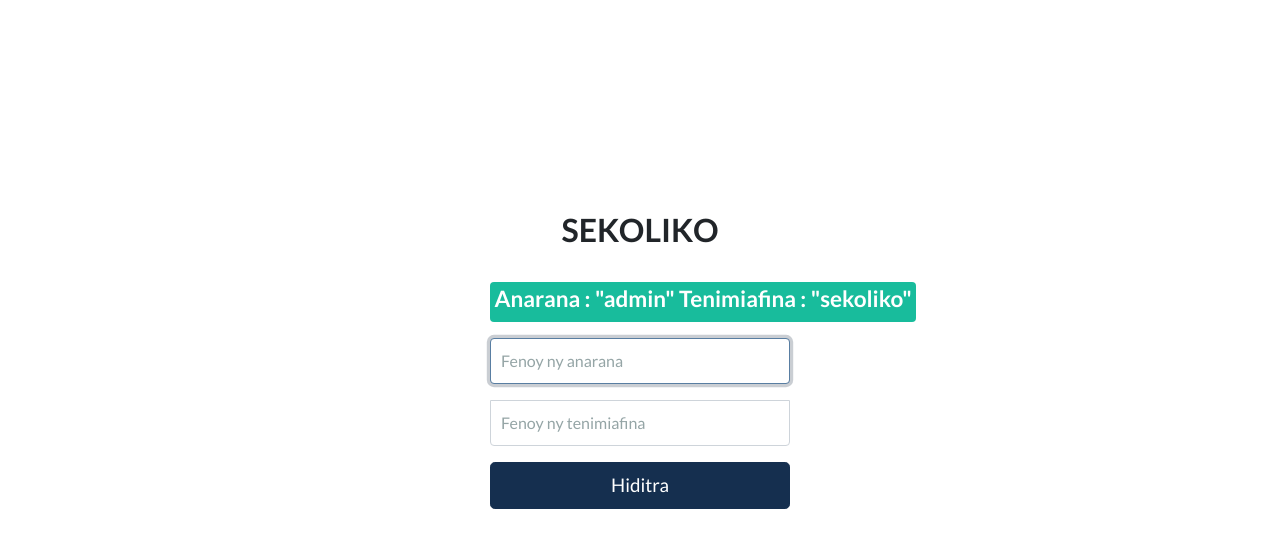
Repository: niainamahefa/j2ee-sekoliko
Page: http://localhost/Ecole/login
These files come from the project's save history. The page is drawn as it stood at one moment and after the next save; the edit follows.
The browser window is 1280 px wide. The pictures show the whole page.
The page is served by Tomcat 9. Other server files are loaded and not shown.

Above is the page before, as saved 2021-02-07 21:08:28.

### Ecole/WebContent/WEB-INF/login.jsp
<%@ page language="java" contentType="text/html; charset=ISO-8859-1"
    pageEncoding="ISO-8859-1"%>
<!doctype html>
<html lang="en">
  <head>
    <meta charset="utf-8">
    <meta name="viewport" content="width=device-width, initial-scale=1, shrink-to-fit=no">
    <meta name="description" content="">
    <meta name="author" content="Mark Otto, Jacob Thornton, and Bootstrap contributors">
    <meta name="generator" content="Jekyll v4.1.1">
    <title>Sekoly</title>

    <!-- Bootstrap core CSS -->
	<link href="./assets/css/bootstrap.min.css" rel="stylesheet">
	<link href="./assets/css/signin.css" rel="stylesheet">

    <style>
      .bd-placeholder-img {
        font-size: 1.125rem;
        text-anchor: middle;
        -webkit-user-select: none;
        -moz-user-select: none;
        -ms-user-select: none;
        user-select: none;
      }

      @media (min-width: 768px) {
        .bd-placeholder-img-lg {
          font-size: 3.5rem;
        }
      }
    </style>
    <!-- Custom styles for this template -->
    <link href="signin.css" rel="stylesheet">
  </head>
  <body class="text-center">
	    <form class="form-signin" method="post">
		  <h1 class="h3 mb-3 font-weight-bold">SEKOLIKO</h1>
		  <div class="badge badge-success mt-3 mb-3"><h4 class="h4 font-weight-bold text-center">Anarana : "admin" Tenimiafina : "sekoliko"</h1></div>
		  <label for="inputEmail" class="sr-only">Anarana</label>
		  <input type="text" id="inputEmail" class="form-control" placeholder="Fenoy ny anarana"  name="anarana" required autofocus>
		  <label for="inputPassword" class="sr-only">Tenimiafina</label>
		  <input type="password" id="inputPassword" class="form-control mt-3" placeholder="Fenoy ny tenimiafina" name="tenimiafina" required>
		  <div class="checkbox mb-3">
		  </div>
		  <button class="btn btn-lg btn-primary btn-block" type="submit">Hiditra</button>
		</form>
	</body>
</html>

### Ecole/src/com/ecole/servlet/LoginServlet.java
package com.ecole.servlet;

import java.io.IOException;

import javax.servlet.ServletException;
import javax.servlet.http.HttpServlet;
import javax.servlet.http.HttpServletRequest;
import javax.servlet.http.HttpServletResponse;

import com.ecole.model.User;

public class LoginServlet extends HttpServlet{


	@Override
	protected void doGet(HttpServletRequest req, HttpServletResponse resp) throws ServletException, IOException {
		req.getRequestDispatcher("/WEB-INF/login.jsp").forward(req, resp);
	}

	@Override
	protected void doPost(HttpServletRequest req, HttpServletResponse resp) throws ServletException, IOException {
		System.out.println("Login Servlet - doPost méthode");

		String anarana = req.getParameter("anarana");
		String tenimiafina = req.getParameter("tenimiafina");

		System.out.println("Anarana : " + anarana + " Tenimifina : " + tenimiafina );

		if (anarana.equals("admin") && (tenimiafina.equals("sekoliko"))) {
			System.out.println("Tongasoa eto @ logiciel Sekoliko");

			req.getSession().setAttribute("user", new User (anarana,tenimiafina));
			resp.sendRedirect("eleve");
		}
		else {
			System.out.println("Hamarino azafady");
			resp.sendRedirect("login");
		}
	}




}

### Ecole/WebContent/assets/css/signin.css
html,
body {
  height: 100%;
}

body {
  display: -ms-flexbox;
  display: flex;
  -ms-flex-align: center;
  align-items: center;
  padding-top: 40px;
  padding-bottom: 40px;
}

.form-signin {
  width: 100%;
  max-width: 330px;
  padding: 15px;
  margin: auto;
}
.form-signin .checkbox {
  font-weight: 400;
}
.form-signin .form-control {
  position: relative;
  box-sizing: border-box;
  height: auto;
  padding: 10px;
  font-size: 16px;
}
.form-signin .form-control:focus {
  z-index: 2;
}
.form-signin input[type="email"] {
  margin-bottom: -1px;
  border-bottom-right-radius: 0;
  border-bottom-left-radius: 0;
}
.form-signin input[type="password"] {
  margin-bottom: 10px;
  border-top-left-radius: 0;
  border-top-right-radius: 0;
}

Loaded but not shown: Ecole/WebContent/assets/css/bootstrap.min.css (library)

After the next save:
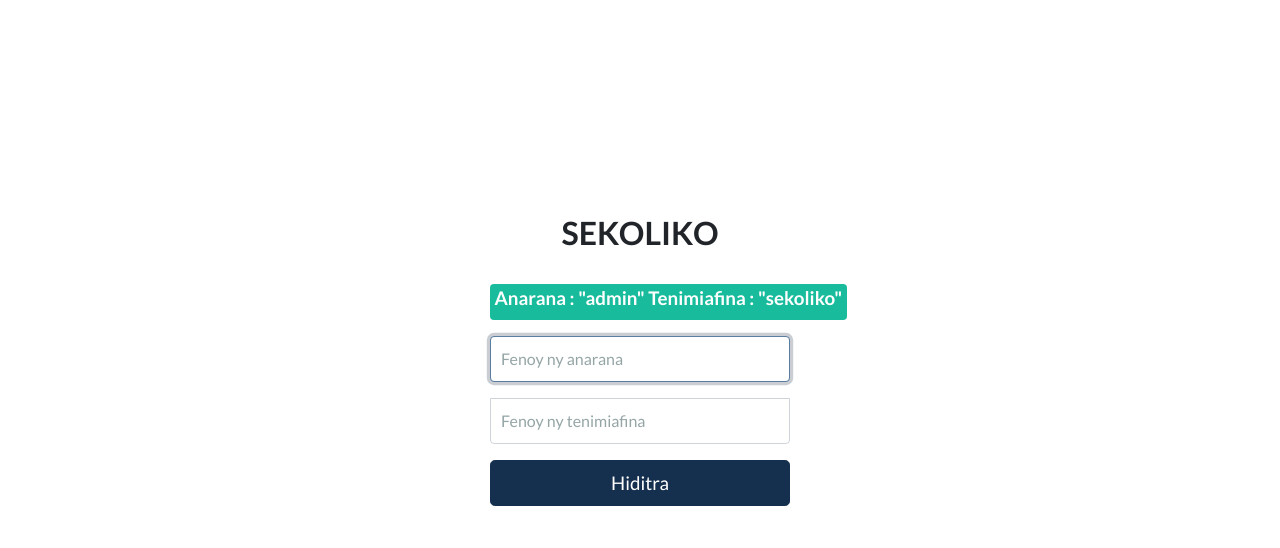
Saved 19 s later.
--- a/Ecole/WebContent/WEB-INF/login.jsp
+++ b/Ecole/WebContent/WEB-INF/login.jsp
@@ -36,7 +36,7 @@
   <body class="text-center">
 	    <form class="form-signin" method="post">
 		  <h1 class="h3 mb-3 font-weight-bold">SEKOLIKO</h1>
-		  <div class="badge badge-success mt-3 mb-3"><h4 class="h4 font-weight-bold text-center">Anarana : "admin" Tenimiafina : "sekoliko"</h1></div>
+		  <div class="badge badge-success mt-3 mb-3"><h4 class="h5 font-weight-bold text-center">Anarana : "admin" Tenimiafina : "sekoliko"</h1></div>
 		  <label for="inputEmail" class="sr-only">Anarana</label>
 		  <input type="text" id="inputEmail" class="form-control" placeholder="Fenoy ny anarana"  name="anarana" required autofocus>
 		  <label for="inputPassword" class="sr-only">Tenimiafina</label>
